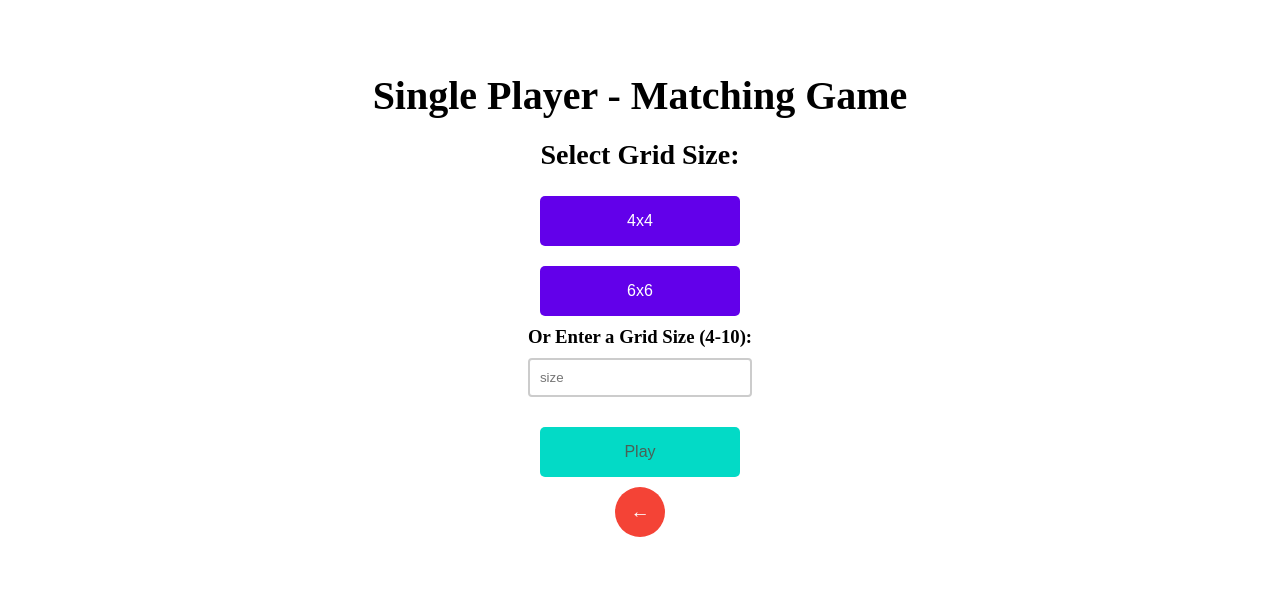
Repository: parnelltse/frontend2-courseproject
Page: /singleplayer
These files come from the project's save history. The page is drawn as it stood at one moment and after the next save; the edit follows.
The browser window is 1280 px wide. The pictures show the whole page.
The project was rebuilt for these pictures with package versions that can differ from the ones it lists, and the page was loaded fresh each time. Also part of the build but not shown: vite.config.js, src/pages/landing.jsx, src/pages/home.jsx, src/pages/gameoptions.jsx, src/pages/appsettings.jsx, src/pages/profilesettings.jsx, src/pages/gamehistory.jsx, src/pages/multiplayer.jsx and 3 more.

Above is the page before, as saved 2024-11-16 01:37:21.

### src/App.jsx
import React, { useState } from 'react';
import { BrowserRouter as Router, Routes, Route } from 'react-router-dom';
import { Landing } from './pages/landing';
import Home from './pages/home';
import Gameoptions from './pages/gameoptions';
import AppSettings from './pages/appsettings';
import ProfileSettings from './pages/profilesettings';
import GameHistory from './pages/gamehistory'; // Import GameHistory
import SinglePlayer from './pages/singleplayer';
import MultiPlayer from './pages/multiplayer';
import ResumeGame from './pages/resumegame';
import SingleGame from './pages/singlegame';
import MultiGame from './pages/multigame';

function App() {
  const [scores, setScores] = useState([
    { date: '2024-10-19', score: 85, gameMode: 'Single Player' },
    { date: '2024-10-18', score: 90, gameMode: 'Multiplayer' },
    { date: '2024-10-17', score: 75, gameMode: 'Single Player' },
  ]);

  return (
    <Router>
      <Routes>
        <Route path="/" element={<Landing />} />
        <Route path="/home" element={<Home />} />
        <Route path="/gameoptions" element={<Gameoptions />} />
        <Route path="/appsettings" element={<AppSettings />} />
        <Route path="/profilesettings" element={<ProfileSettings />} />
        <Route path="/gamehistory" element={<GameHistory scores={scores} />} /> {/* Pass scores as prop */}
        <Route path="/singleplayer" element={<SinglePlayer />} />
        <Route path="/multiplayer" element={<MultiPlayer />} />
        <Route path="/resumegame" element={<ResumeGame />} />
        <Route path="/singlegame" element={<SingleGame />} />
        <Route path="/multigame" element={<MultiGame />} />
      </Routes>
    </Router>
  );
}

export default App;

### src/index.css
/** landing page */

.landing-nav {
    display: flex;
    flex-direction: column;
    justify-content: center;
    align-items: center;
    gap: 20px
}

.app .headline {
    text-align: center;
}

/** account form */

.sub-btn {
    align-items: center;
    margin: auto;
    margin-top: 10px;
}


/* Single player*/

.single-btn {
    margin: auto;
    align-items: center;
    background-color: #03dac6;
    color: rgb(74, 96, 86); /* darker text */
}

.single-btn:hover {
    background-color: #018786;
    color: white;

}

.single-container {
    padding-top: 10vh;
    align-items: center;
    margin: auto;
}

.single-bottom {
    margin: auto;
    width: 100vw;
    align-items: center;
    align-self: center;
    display: flex;
    justify-content: center;
    flex-direction: column;
}




.home-container {
    background-color: #fff;
    border-radius: 150px;
    box-shadow: 0 5px 15px rgba(0, 0, 0, 0.35);
    position: relative;
    overflow: hidden;
    width: 768px;
    max-width: 100%;
    min-height: 480px;
    margin: auto;
}

.home-container p {
  font-size: 14px;
  line-height: 20px;
  letter-spacing: 0.3px;
  margin: 20px 0;
}


.home-container span {
  font-size: 12px;
}

.home-container a {
  color: #333;
  font-size: 13px;
  text-decoration: none;
  margin: 15px 0 10px;
}
.home-container button {
  background-color: #6200ea;
  color: #fff;
  padding: 10px 45px;
  border: 2px solid transparent;
  border-radius: 8px;
  font-weight: 600;
  letter-spacing: 0.5px;
  text-transform: uppercase;
  margin-top: 10px;
  cursor: pointer;
}

.home-container button.hidden {
  background-color: transparent;
  border-color: #fff;
}

.home-container form {
  background-color: #fff;
  display: flex;
  align-items: center;
  justify-content: center;
  flex-direction: column;
  padding: 0 40px;
  height: 100%;
}

.home-container input {
  background-color: #eee;
  border: none;
  margin: 8px 0;
  padding: 10px 15px;
  font-size: 13px;
  border-radius: 8px;
  width: 100%;
  outline: none;
}

.sign-up, .sign-in {
  position: absolute;
  top: 0;
  height: 100%;
  transition: all 0.6s ease-in-out;
}

.sign-in {
  left: 0;
  width: 50%;
  z-index: 2;
}

.home-container.active .sign-in {
  transform: translateX(100%);
}

.sign-up {
  left: 0;
  width: 50%;
  z-index: 1;
  opacity: 0;
}

.home-container.active .sign-up {
  transform: translateX(100%);
  opacity: 1;
  z-index: 5;
  animation: move 0.6s;
}

@keyframes move {
  0%, 49.99%{
    opacity: 0;
    z-index: 1;
  }
    50%, 100%{
    opacity: 1;
    z-index: 5;
  }
}

.toogle-container {
  position: absolute;
  top: 0;
  left: 50%;
  width: 50%;
  height: 100%;
  overflow: hidden;
  border-radius: 150px;
  z-index: 1000;
  transition: all 0.6s ease-in-out;
}

.home-container.active .toogle-container {
  transform: translateX(-100%);
  border-radius: 150px;
}

.toogle {
  background-color: #6200ea;
  height: 100%;
  background: #6200ea;
  color: #fff;
  position: relative;
  left: -100%;
  width: 200%;
  transform: translateX(0);
  transition: all 0.6s ease-in-out;
}

.home-container.active .toogle {
  transform: translateX(50%);
}

.toogle-panel {
  position: absolute;
  width: 50%;
  height: 100%;
  display: flex;
  justify-content: center;
  align-items: center;
  flex-direction: column;
  padding: 0 30px;
  text-align: center;
  top: 0;
  transform: translateX(0);
  transition: all 0.6s ease-in-out;
}

.toogle-left {
  transform: translateX(-200%);
}

.home-container.active .toogle-left {
  transform: translateX(0);
}

.toogle-right {
  right: 0;
  transform: translateX(0);
}

.home-container.active .toogle-right {
  transform: translateX(200%);
}


.titleholder {
  display: flex;
  justify-content: center;
  gap: 20px;
  align-items: flex-end;
}

.gameInfo {
  color: #333;
  font-size: 24px;
  padding-bottom: 22px;
  cursor: pointer;
}

.overlayContainer {
  position: fixed; /* Position it fixed to cover the viewport */
  top: 0;
  left: 0;
  right: 0;
  bottom: 0;
  background-color: rgba(0, 0, 0, 0.5); /* Semi-transparent dark background */
  display: flex;
  justify-content: center;
  align-items: center;
  z-index: 2000;
}

.contentBox {
  width: 800px;
  height: 500px;
  background-color: rgb(235, 220, 245);
  border-radius: 20px;
  padding: 40px;
  display: flex;
  flex-direction: column;
  align-items: center;
  justify-content: center;
}

.overlayHeader {
  text-align: center;
  padding-bottom: 20px;
  font-size: 22px;
}

.overlayContent {
  font-size: 18px;
  padding-bottom: 40px;
}

.overButton {
  align-content: center;
  align-items: center;
  font-size: 24px;
}

/* Home page */

.home-board {
  width: 500px;
  height: 400px;
  margin: auto;
  align-items: center;
  display: flex;
  flex-direction: column;
  justify-content: center;
  border-radius: 30px;
  background: #a7cbe9;
}

.play-btn {
  background-color: #3d8b5e; /* Button background */
  color: white; /* Text color */
  font-size: 28px; /* Font size */
  padding: 15px 25px; /* Button padding */
  border: none; /* Remove default border */
  border-radius: 5px; /* Rounded corners */
  position: relative; /* Ensures stacking context for pseudo-element */
  cursor: pointer; /* Pointer cursor on hover */
  overflow: hidden; /* Prevents the animation from spilling outside */
  z-index: 1; /* Prevent the border animation from overflowing */
  height: 60px;
}

.play-btn:hover {
  background-color: #507c62; /* Button background */
}

### src/pages/singleplayer.jsx
import React, { useState } from "react";
import { useNavigate } from "react-router-dom";
import BackButton from "../components/BackButton";

export default function SinglePlayer() {
	const navigate = useNavigate();
	const [gridSize, setGridSize] = useState("");

	const handleInputChange = (e) => {
		const value = parseInt(e.target.value, 10);

		if (!isNaN(value)) {
			// Ensure the value is even and within the range of 4-10
			if (value >= 4 && value <= 10 && value % 2 === 0) {
				setGridSize(value);
			}
		}
	};

	// Function to set predset grid size
	const handleButtonClick = (size) => {
		setGridSize(size);
	};

	return (
		<div className="single-container">
			<h1>Single Player - Matching Game</h1>

			<div className="game-options">
				<h2>Select Grid Size:</h2>

				<button onClick={() => handleButtonClick(4)}>4x4</button>
				<button onClick={() => handleButtonClick(6)}>6x6</button>

				<div>
					<h3>Or Enter a Grid Size (4-10):</h3>
					<input
						type="number"
						value={gridSize}
						onChange={handleInputChange}
						placeholder="size"
						min="4"
						max="10"
					/>
				</div>
			</div>

			{gridSize && (
				<div>
					<h2>
						You selected: {gridSize}x{gridSize}
					</h2>
				</div>
			)}

			<div className="single-bottom">
				<button
					onClick={() => {
						if (gridSize >= 4 && gridSize <= 10 && gridSize % 2 === 0) {
							navigate("/singlegame", { state: { gridSize } });
						} else {
							alert("Please select a valid grid size.");
						}
					}}
					className="single-btn"
				>
					Play
				</button>
				<BackButton />
			</div>
		</div>
	);
}

### src/App.css
/* General Reset */
* {
	margin: 0;
	padding: 0;
	box-sizing: border-box;
}

/* Home page */
.container {
	align-items: center; /* Center the items horizontally */
	justify-content: center; /* Center the items vertically */
	min-height: 100vh; /* Full viewport height */
	background-color: #e3f2fd; /* Light blue background color */
	padding: 20px; /* Padding around content */
	padding-top: 15vh;
}

header {
	text-align: center;
	margin-bottom: 40px; /* Space below header */
	margin: auto;
}

button {
	background-color: #1e88e5; /* Button background color */
	color: white; /* White text color */
	border: none; /* Remove border */
	border-radius: 5px; /* Rounded corners */
	padding: 10px; /* Padding for buttons */
	cursor: pointer; /* Pointer cursor */
	transition: background-color 0.3s; /* Smooth background transition */
	width: 200px; /* Fixed width for all buttons */
	height: 50px; /* Fixed height for all buttons */
	font-size: 1rem; /* Font size for button text */
	margin: 10px; /* Space between buttons */
}

button:hover {
	background-color: #1565c0; /* Darker button color on hover */
}

.button-container {
	display: flex; /* Use flexbox for button alignment */
	flex-direction: column; /* Stack buttons vertically */
	align-items: center; /* Center buttons horizontally */
}

.title {
	font-size: 2.5rem; /* Title font size */
	text-align: center; /* Center the title text */
	margin-bottom: 20px; /* Space below title */
}

.profile-button {
	background-color: #6200ea; /* Primary color */
	color: white; /* White text */
	border: none; /* Remove border */
	border-radius: 5px; /* Rounded corners */
	padding: 10px 20px; /* Button padding */
	font-size: 24px; /* Font size */
	cursor: pointer; /* Pointer cursor on hover */
	transition: background-color 0.3s; /* Smooth background transition */
	width: 200px; /* Ensure the width matches other buttons */
	height: 50px; /* Ensure the height matches other buttons */
	margin-top: 100px;
}

.profile-button:hover {
	background-color: #3700b3; /* Darker shade on hover */
}

.button-container {
	display: flex;
	gap: 20px; /* Space between buttons */
}

.play-button,
.settings-button {
	background-color: #03dac6; /* Secondary color */
	border: none;
	border-radius: 5px;
	padding: 15px 25px; /* Button padding */
	font-size: 1.5rem; /* Font size */
	cursor: pointer; /* Pointer cursor on hover */
	transition: background-color 0.3s; /* Smooth background transition */
	align-items: center;
	text-align: center;
}

.play-button {
	color: rgb(74, 96, 86); /* darker text */
}

.settings-button {
	color: white; /* white text */
}

.play-button:hover {
	background-color: #018786; /* Darker shade on hover */
	color: white; /* white text */

}

.settings-button {
	background-color: #ff5722; /* Different color for settings */
}

.settings-button:hover {
	background-color: #c41c00; /* Darker shade on hover */
}

/* Typography */
h1 {
	font-size: 2.5rem;
	text-align: center;
	margin-bottom: 20px;
}

h2 {
	font-size: 1.75rem;
	text-align: center;
	margin-bottom: 15px;
}

/* Button Styles */
button {
	background-color: #6200ea;
	color: white;
	padding: 10px 20px;
	border: none;
	border-radius: 5px;
	cursor: pointer;
	margin: 10px;
	transition: background-color 0.3s ease;
}

button:hover {
	background-color: #3700b3;
}

/* Form Input Styles */
input[type="text"],
input[type="password"],
input[type="number"] {
	width: 100%;
	padding: 10px;
	margin: 10px 0;
	box-sizing: border-box;
	border: 2px solid #ccc;
	border-radius: 4px;
}

form {
	max-width: 400px;
	margin: 20px auto;
	display: flex;
	flex-direction: column;
}

/* Back Button */
button.back-btn {
	background-color: #f44336;
	color: white;
	border-radius: 50%;
	width: 50px;
	height: 50px;
	display: flex;
	justify-content: center;
	align-items: center;
	font-size: 1.2rem;
}

button.back-btn:hover {
	background-color: #e53935;
}

/* App Settings */
.app-settings {
	display: flex;
	flex-direction: column;
	justify-content: center;
	align-items: center;
	padding: 20px;
	text-align: center;
	min-height: 100vh;
	padding-top: 20vh;
}

.setting-bottons {
	display: flex;
	justify-content: center;
	flex-direction: column;
	margin: auto;
	align-items: center;
}

.theme-toggle {
	background-color: #333;
	color: white;
	padding: 10px;
	border-radius: 5px;
	cursor: pointer;
}

.theme-toggle:hover {
	background-color: #555;
}

/* Game Options */
.game-options {
	display: flex;
	flex-direction: column;
	align-items: center;
	margin: 20px;
}

button.grid-size {
	background-color: #2196f3;
	margin: 5px;
}

button.grid-size:hover {
	background-color: #1976d2;
}

/* single and multiplayer pages */
img {
	max-width: 100%;
	height: auto;
	display: block;
	margin: 0 auto;
}

.game-grid {
	display: grid;
	grid-template-columns: repeat(5, 1fr); /* 5 columns for a 5x5 grid */
	gap: 10px; /* Space between grid items */
	padding: 20px; /* Optional padding around the grid */
}

.game-item {
	background-color: #c5d9e8; /* Background color for game items */
	border: 1px solid #100f0f; /* Border for each game item */
	border-radius: 5px; /* Rounded corners */
	display: flex; /* Center content */
	align-items: center; /* Center content vertically */
	justify-content: center; /* Center content horizontally */
	height: 100px; /* Fixed height for game items */
	font-size: 1.2em; /* Font size for game item text */
}

/* history page */

.history-container {
	display: flex;
	flex-direction: column;
	align-items: center;
	justify-content: center;
	min-height: 100vh; /* Full viewport height */
	background-color: #f9f9f9; /* Light background color */
	padding: 20px; /* Padding around content */
}

.history-title {
	font-size: 2.5rem; /* Title font size */
	color: #333; /* Darker text color */
	margin-bottom: 10px; /* Space below title */
}

.history-description {
	font-size: 1.2rem; /* Description font size */
	color: #666; /* Slightly lighter text color */
	text-align: center; /* Center-align description */
	margin-bottom: 30px; /* Space below description */
}

.score-table {
	width: 100%;
	max-width: 600px; /* Max width for the table */
	margin: 0 auto; /* Center the table */
	background-color: white; /* White background for the table */
	border-radius: 8px; /* Rounded corners */
	box-shadow: 0 4px 8px rgba(0, 0, 0, 0.1); /* Subtle shadow */
	overflow: hidden; /* Ensure rounded corners apply */
}

table {
	width: 100%; /* Full width of the table */
	border-collapse: collapse; /* Remove space between table cells */
}

th,
td {
	padding: 15px; /* Cell padding */
	text-align: left; /* Align text to the left */
	border-bottom: 1px solid #e0e0e0; /* Bottom border for rows */
}

th {
	background-color: #6200ea; /* Header background color */
	color: white; /* White text for header */
}

tr:hover {
	background-color: #f1f1f1; /* Highlight row on hover */
}

.back-button {
	margin-top: 20px; /* Space above the back button */
}

/* profile settings page*/

.profile-settings-container {
	display: flex;
	flex-direction: column;
	align-items: center;
	justify-content: center;
	min-height: 100vh; /* Full viewport height */
	background-color: #f9f9f9; /* Light background color */
	padding: 20px; /* Padding around content */
}

.profile-settings-title {
	font-size: 2.5rem; /* Title font size */
	color: #333; /* Darker text color */
	margin-bottom: 20px; /* Space below title */
}

.submitted-username {
	font-size: 1.5rem; /* Font size for submitted username */
	color: #6200ea; /* Color for submitted username */
	margin-bottom: 20px; /* Space below username display */
}

.profile-settings-form {
	display: flex;
	flex-direction: column;
	align-items: center; /* Center align the form elements */
	margin-bottom: 20px; /* Space below the form */
}

.username-input {
	padding: 10px; /* Padding for input */
	font-size: 1rem; /* Font size for input */
	border: 1px solid #ccc; /* Border for input */
	border-radius: 4px; /* Rounded corners */
	margin-bottom: 10px; /* Space below input */
	width: 100%; /* Full width */
	max-width: 300px; /* Max width for input */
}

.save-button {
	padding: 10px 20px; /* Padding for button */
	background-color: #6200ea; /* Button background color */
	color: white; /* Button text color */
	border: none; /* Remove border */
	border-radius: 4px; /* Rounded corners */
	cursor: pointer; /* Pointer cursor on hover */
	font-size: 1rem; /* Font size for button */
}

.save-button:hover {
	background-color: #3700b3; /* Darker button color on hover */
}

.navigation-buttons {
	display: flex;
	gap: 10px; /* Space between navigation buttons */
}

.scores-button {
	padding: 10px 20px; /* Padding for button */
	background-color: #03dac6; /* Button background color */
	color: white; /* Button text color */
	border: none; /* Remove border */
	border-radius: 4px; /* Rounded corners */
	cursor: pointer; /* Pointer cursor on hover */
	font-size: 1rem; /* Font size for button */
}

.scores-button:hover {
	background-color: #018786; /* Darker button color on hover */
}

/* game options page */

.game-options-container {
	display: flex;
	flex-direction: column;
	align-items: center;
	justify-content: center;
	min-height: 100vh; /* Full viewport height */
	background-color: #f0f4f8; /* Light background color */
	padding: 20px; /* Padding around content */
}

.game-options-title {
	font-size: 2.5rem; /* Title font size */
	color: #333; /* Darker text color */
	margin-bottom: 40px; /* Space below title */
}

.game-options-buttons {
	display: flex;
	flex-direction: column; /* Arrange buttons vertically */
	gap: 15px; /* Space between buttons */
}

.game-option-button {
	padding: 15px 30px; /* Padding for buttons */
	font-size: 1.2rem; /* Font size for buttons */
	background-color: #6200ea; /* Button background color */
	color: white; /* Button text color */
	border: none; /* Remove border */
	border-radius: 5px; /* Rounded corners */
	cursor: pointer; /* Pointer cursor on hover */
	transition: background-color 0.3s; /* Smooth background transition */
	width: 100%; /* Full width */
	max-width: 300px; /* Max width for buttons */
}

.game-option-button:hover {
	background-color: #3700b3; /* Darker button color on hover */
}

/* create account page */

.create-container {
	display: flex;
	flex-direction: column;
	align-items: center;
	justify-content: center;
	min-height: 100vh; /* Full viewport height */
	background-color: #f0f4f8; /* Light background color */
	padding: 20px; /* Padding around content */
}

.create-header {
	text-align: center; /* Center header text */
	margin-bottom: 40px; /* Space below header */
}

.create-header h1 {
	font-size: 2.5rem; /* Title font size */
	color: #000000; /* Primary color for title */
}

.create-header h2 {
	font-size: 1.5rem; /* Subtitle font size */
	color: #333; /* Darker color for subtitle */
	margin-top: 10px; /* Space above subtitle */
}

.create-container > * {
	margin: 10px 0; /* Space between elements */
}

.back-button {
	margin-top: 20px; /* Space above back button */
	background-color: #6200ea; /* Match primary color */
	color: white; /* White text color */
	border: none; /* Remove border */
	border-radius: 5px; /* Rounded corners */
	padding: 10px 20px; /* Padding for button */
	cursor: pointer; /* Pointer cursor */
	transition: background-color 0.3s; /* Smooth background transition */
}

.back-button:hover {
	background-color: #3700b3; /* Darker button color on hover */
}

/* login page */
.login-container {
	align-items: flex-start;
	justify-content: center;
	min-height: 100vh; /* Full viewport height */
	background-color: #ede3fd; /* Light blue background color */
	padding-top: 20vh;
}

.login-header {
	text-align: center; /* Center header text */
	margin-bottom: 40px; /* Space below header */
}

.login-header h1 {
	font-size: 2.5rem; /* Title font size */
	color: #3700b3; /* Primary color for title */
}

.login-header h2 {
	font-size: 1.5rem; /* Subtitle font size */
	color: #424242; /* Darker color for subtitle */
	margin-top: 10px; /* Space above subtitle */
}

.account-form {
	width: 100%; /* Full width for the form */
	max-width: 400px; /* Maximum width for the form */
	background-color: white; /* White background for form */
	border-radius: 8px; /* Rounded corners */
	box-shadow: 0 2px 10px rgba(0, 0, 0, 0.1); /* Subtle shadow */
	padding: 20px; /* Padding inside the form */
}

button {
	background-color: #6200ea; /* Match primary color */
	color: white; /* White text color */
	border: none; /* Remove border */
	border-radius: 5px; /* Rounded corners */
	padding: 10px 20px; /* Padding for button */
	cursor: pointer; /* Pointer cursor */
	transition: background-color 0.3s; /* Smooth background transition */
}

button:hover {
	background-color: #3700b3; /* Darker button color on hover */
}

.account-form input {
	margin: 10px 0; /* Space between inputs */
	padding: 10px; /* Padding for inputs */
	border: 1px solid #ccc; /* Light border for inputs */
	border-radius: 5px; /* Rounded corners for inputs */
	width: 100%; /* Full width for inputs */
}

### src/components/BackButton.jsx
import React from "react";
import { useNavigate } from "react-router-dom";

export default function BackButton() {
	const navigate = useNavigate();

	return (
		<button className="back-btn" onClick={() => navigate(-1)}>
			&#x2190;
		</button>
	);
}

Loaded but not shown: index.html (common file); src/main.jsx (common file)

After the next save:
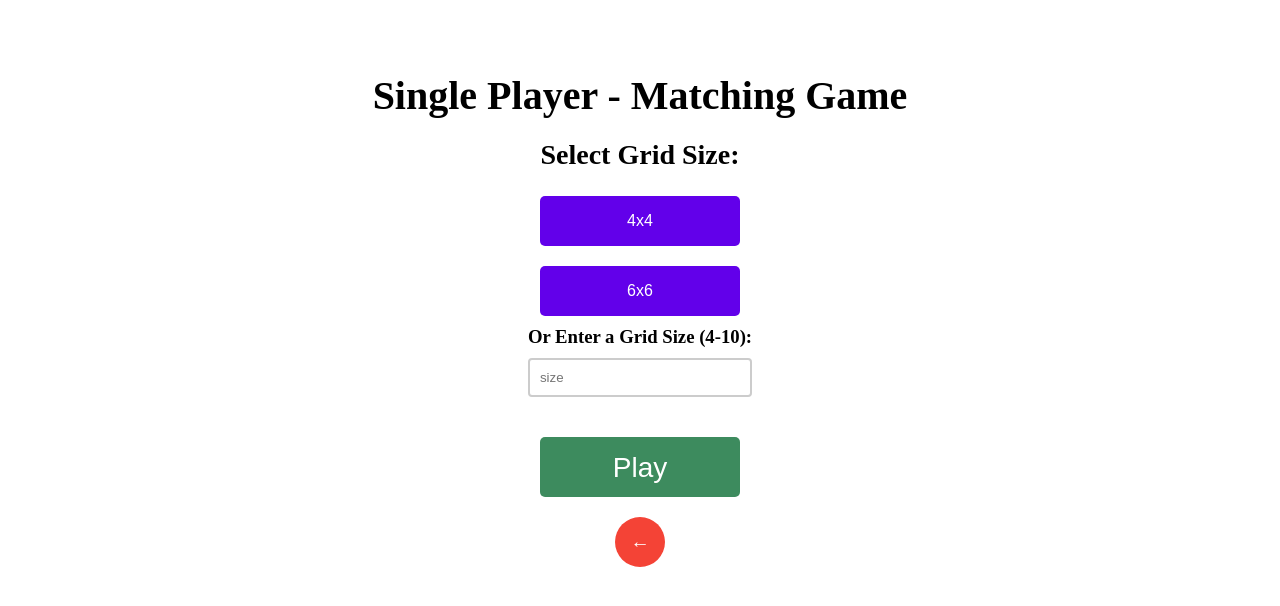
Saved 21 s later.
--- a/src/pages/singleplayer.jsx
+++ b/src/pages/singleplayer.jsx
@@ -62,7 +62,7 @@ export default function SinglePlayer() {
 							alert("Please select a valid grid size.");
 						}
 					}}
-					className="single-btn"
+					className="play-btn"
 				>
 					Play
 				</button>
